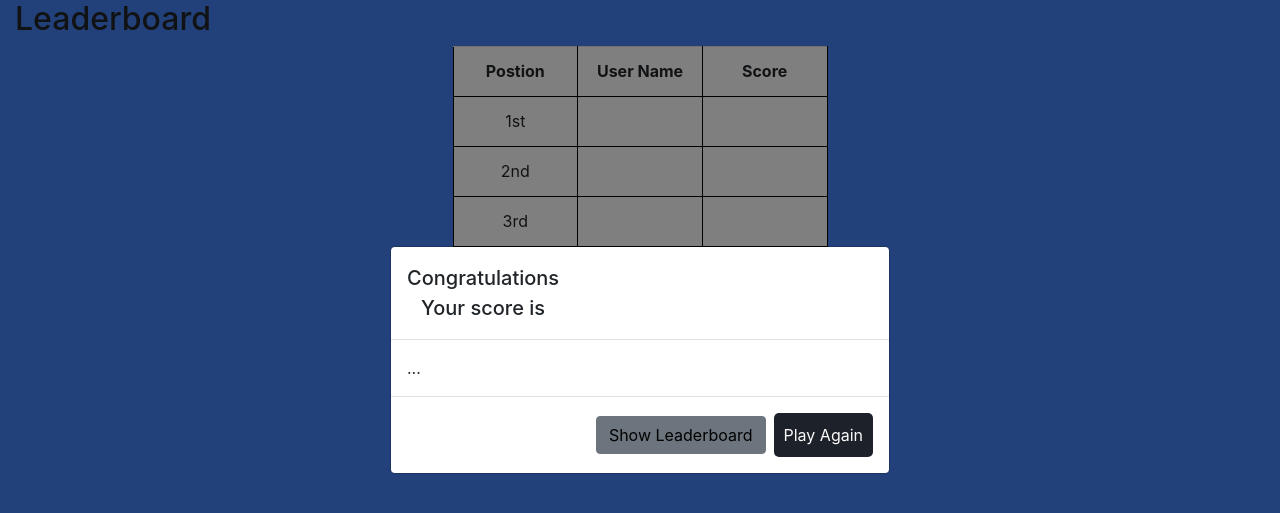
Repository: Code-Institute-Submissions/quiz-1
Page: leaderboard.html
The author's editor kept a record of every edit. The page is drawn from the files as they stood at one moment, then again after the next edit.
The browser window is 1280 px wide. The pictures show the window.
A layer covers the whole window, so only the first screen is drawn.

Above is the page before.

After the next edit:
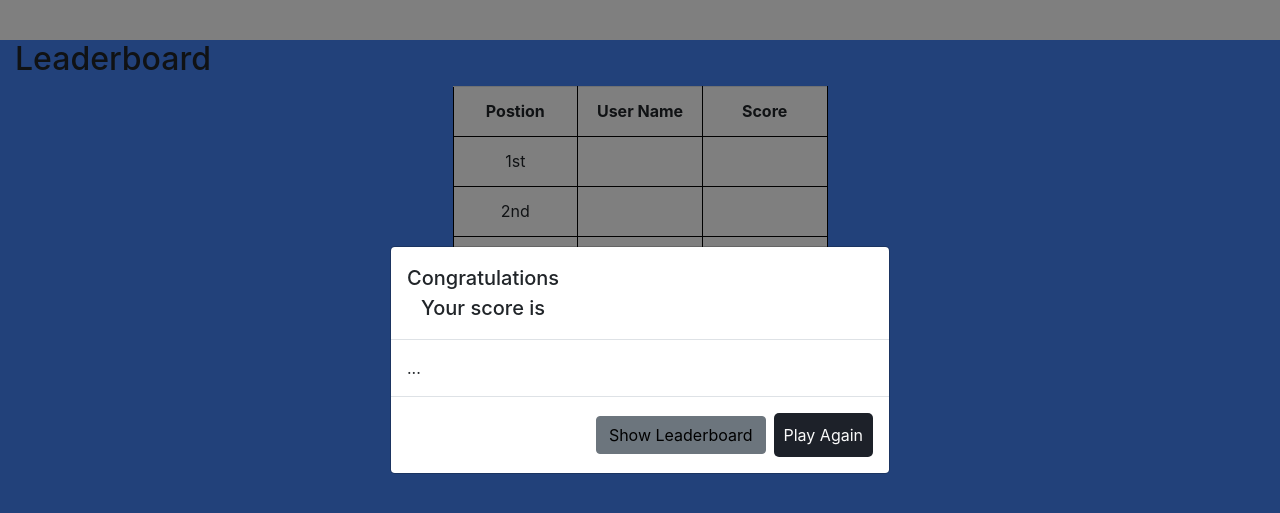
The edit:
--- a/assets/css/style.css
+++ b/assets/css/style.css
@@ -291,3 +291,7 @@
   text-align: center;
   width: 30%;
 }
+
+.table {
+  margin-top: 40px;
+}
